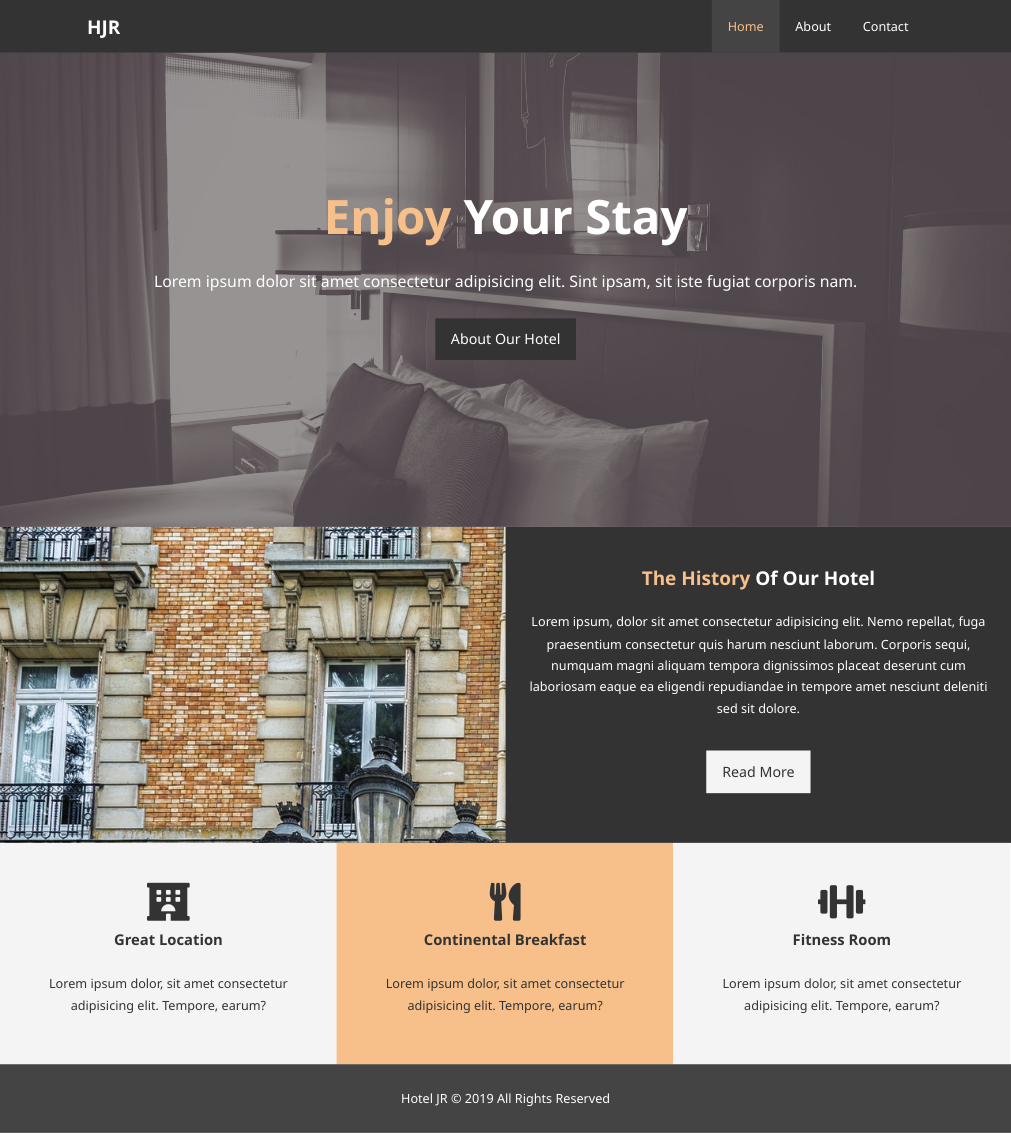
Repository: dimlutine/Hotel-Project
Page: index.html
These files come from the project's save history. The page is drawn as it stood at one moment and after the next save; the edit follows.
The browser window is 1280 px wide. The pictures show the whole page, at 79% of full size.
Some web libraries are served in a nearby version.

Above is the page before, as saved 2019-07-06 16:55:40.

After the next save:
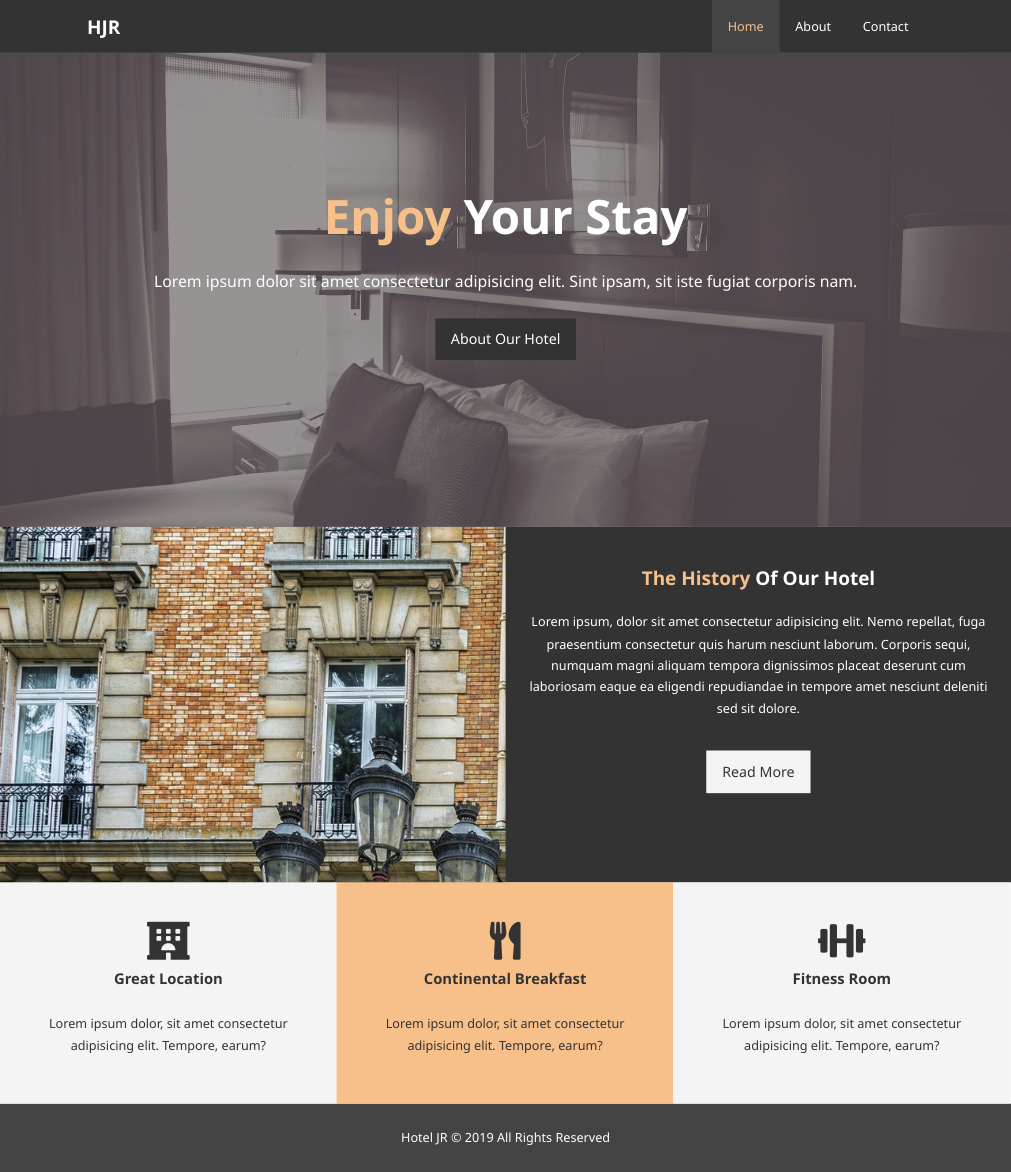
Saved 72 s later.
--- a/css/style.css
+++ b/css/style.css
@@ -165,7 +165,7 @@ p {
 /* Home Info */
 
 #home-info {
-    height: 400px;
+    height: 450px;
 }
 
 #home-info .info-img {
